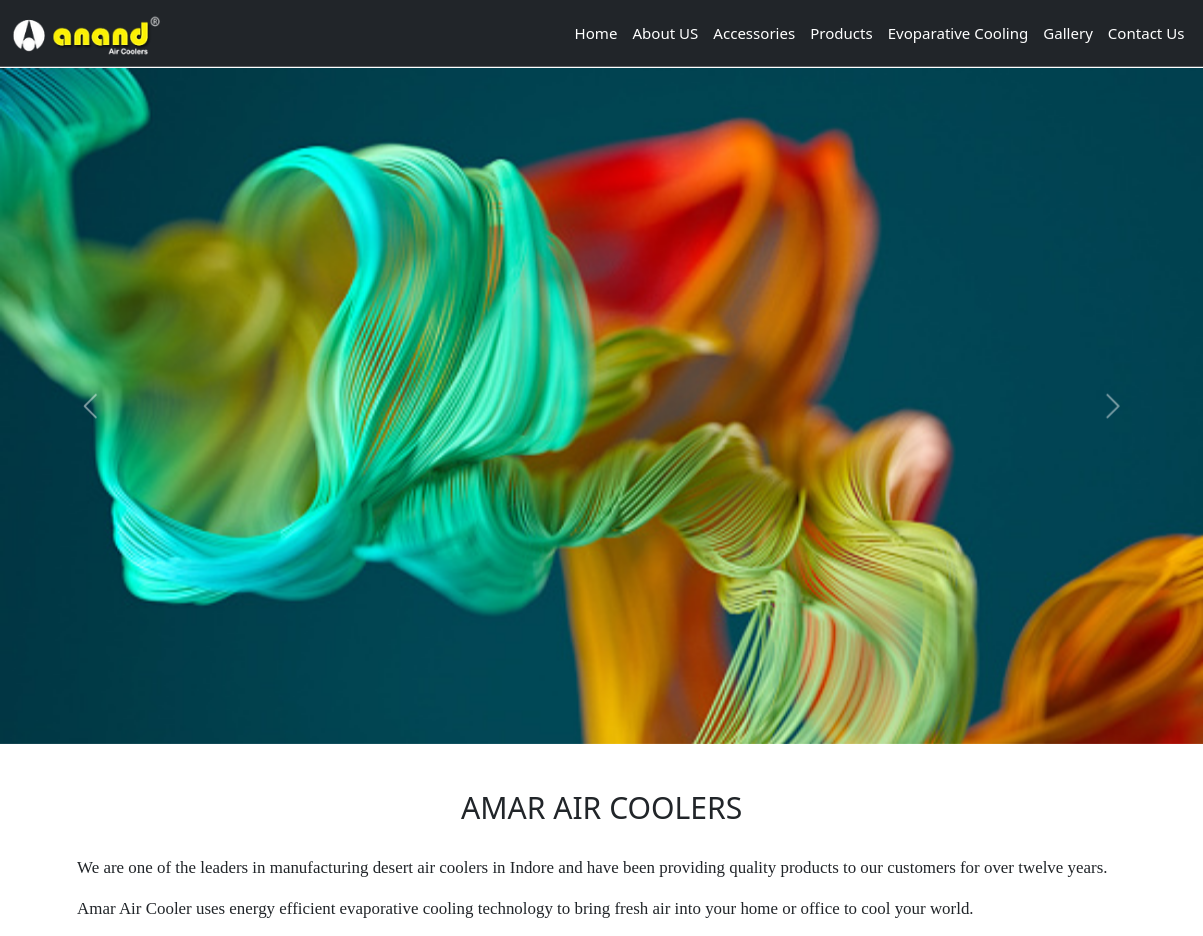
Repository: dhavalmaniyar/divakar
Page: http://localhost/
An editor plug-in stored every save of this project. The page is shown before and after the next save, followed by the edit.
The browser window is 1280 px wide. The pictures show the whole page, at 94% of full size.
The page is served by the project's application, run on Django 3.2 (divakar_app/manage.py).

Above is the page before, as saved 2021-12-08 11:18:09.

After the next save:
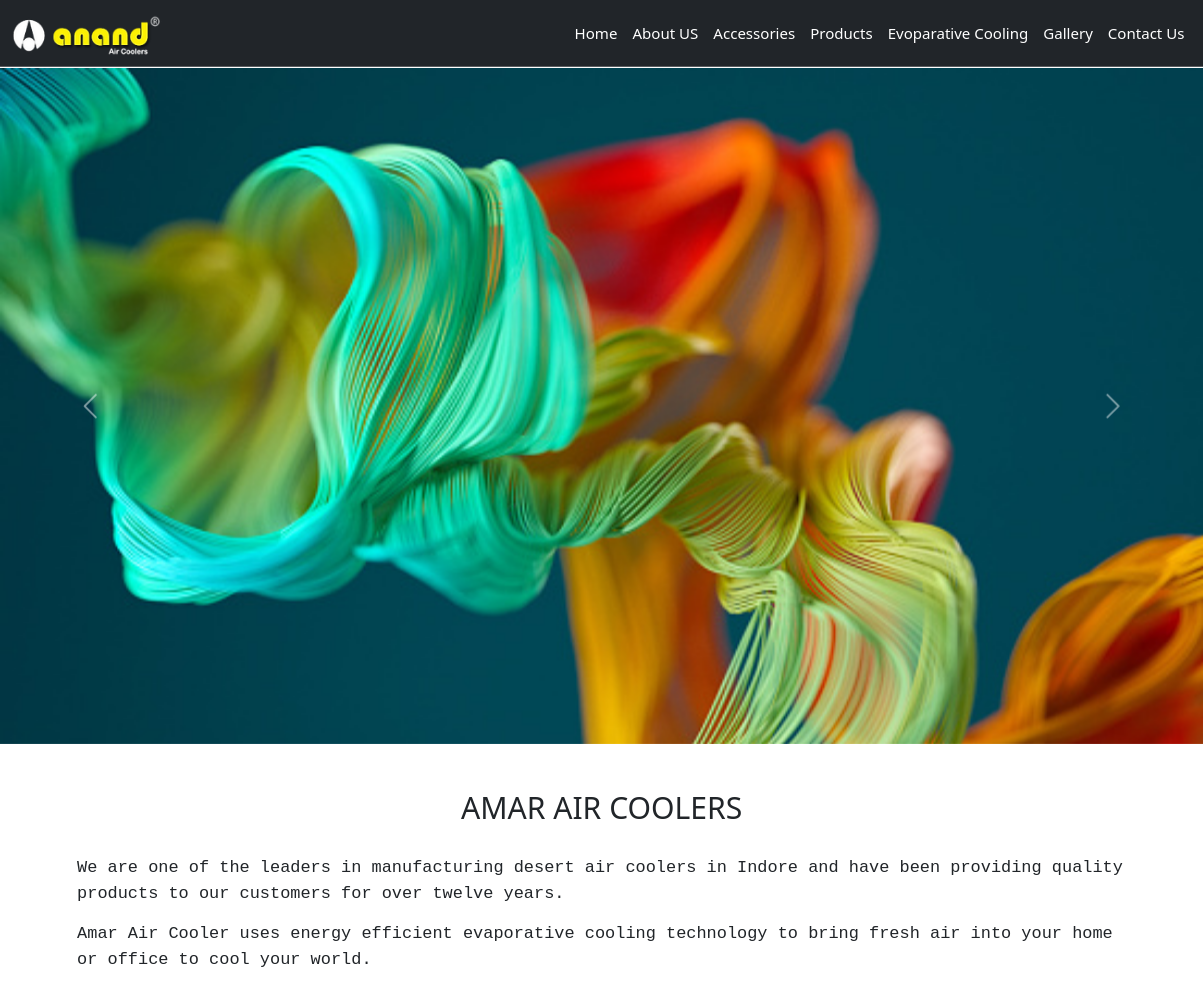
Saved 11 s later.
--- a/divakar_app/templates/base.html
+++ b/divakar_app/templates/base.html
@@ -21,7 +21,7 @@
       }
       .content{
           font-size: large;
-          font-family: 'Times New Roman', Times, serif;
+          font-family: 'Courier New', Courier, monospace;
       }
 </style>
 
